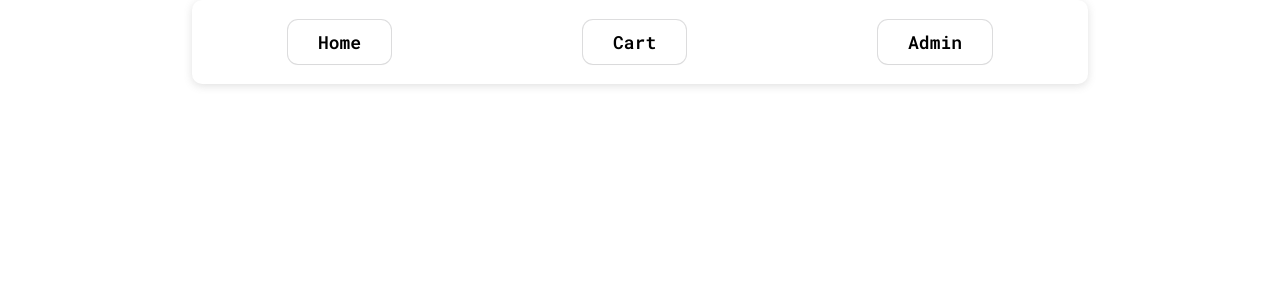
Repository: tuankiet10920/vuejs
Page: /
These files come from the project's save history. The page is drawn as it stood at one moment and after the next save; the edit follows.
The browser window is 1280 px wide. The pictures show the whole page.
The page's requests for data from a server got no answer. The project was rebuilt for these pictures with package versions that can differ from the ones it lists, and the page was loaded fresh each time. No one was signed in, and anything a server would have sent is missing. Also part of the build but not shown: vite.config.js, src/components/button.vue, src/components/helper.js, src/components/product.vue.

Above is the page before, as saved 2024-08-28 21:57:54.

### index.html
<!DOCTYPE html>
<html lang="en">

<head>
  <meta charset="UTF-8">
  <link rel="icon" href="/favicon.ico">
  <meta name="viewport" content="width=device-width, initial-scale=1.0">
  <title>Vite App</title>
  <link rel="stylesheet"
    href="https://fonts.googleapis.com/css2?family=Material+Symbols+Outlined:opsz,wght,FILL,GRAD@24,400,0,0" />
  <link rel="preconnect" href="https://fonts.googleapis.com">
  <link rel="preconnect" href="https://fonts.gstatic.com" crossorigin>
  <link href="https://fonts.googleapis.com/css2?family=Roboto+Mono:ital,wght@0,100..700;1,100..700&display=swap"
    rel="stylesheet">
  <style>
    * {
      margin: 0;
      padding: 0;
      box-sizing: border-box;
      list-style: none;
      text-decoration: none;
      font-family: "Roboto Mono", monospace;
      font-style: normal;
    }

    body {
      width: 100%;
      display: flex;
      justify-content: center;
    }

    #app {
      width: 70%;
    }
  </style>
</head>

<body>
  <div id="app"></div>
  <script type="module" src="/src/main.js"></script>
</body>

</html>

### src/App.vue
<template>

  <!-- header -->
  <Header />

  <!-- pages render here -->
  <RouterView />

</template>
<script>
import { RouterLink, RouterView } from 'vue-router'
import Header from './components/header.vue'
export default {
  components: {
    Header
  }
}

</script>

### src/router/index.js
import { createRouter, createWebHistory } from 'vue-router'

const router = createRouter({
  history: createWebHistory(import.meta.env.BASE_URL),
  routes: [
    {
      path: '/',
      name: 'home',
      component: () => import('../views/HomeView.vue')
    },
    {
      path: '/admin',
      name: 'admin',
      component: () => import('../views/AdminView.vue')
    },
    {
      path: '/cart',
      name: 'cart',
      component: () => import('../views/CartView.vue')
    }
  ]
})

export default router

### src/components/header.vue
<template>
    <div class="header">
        <ul>
            <li>
                <RouterLink to="/">Home</RouterLink>
            </li>
            <li>
                <RouterLink to="/cart">Cart</RouterLink>
            </li>
            <li>
                <RouterLink to="/admin">Admin</RouterLink>
            </li>
        </ul>
    </div>
</template>

<script>
export default {

}
</script>

<style>
.header {
    width: 100%;
    padding: 20px 0px;
    border-radius: 10px;
    box-shadow: rgba(99, 99, 99, 0.2) 0px 2px 8px 0px;
    margin-bottom: 40px;
}

.header ul {
    display: flex;
    justify-content: space-around;
    width: 100%;
}

.header ul li {
    box-shadow: rgba(0, 0, 0, 0.02) 0px 1px 3px 0px, rgba(27, 31, 35, 0.15) 0px 0px 0px 1px;
    padding: 10px 30px;
    border-radius: 10px;
    transition: all .3s ease-in-out;
}

.header ul li a {
    color: #000;
    font-size: 18px;
    font-weight: 600;
}

.header ul li:hover {
    box-shadow: rgba(50, 50, 93, 0.25) 0px 30px 60px -12px inset, rgba(0, 0, 0, 0.3) 0px 18px 36px -18px inset;
    border-radius: 0px;
}

.header ul li:hover a {
    color: #fff;
}
</style>

### src/views/HomeView.vue
<template>
  <!-- products -->
  <Products />
</template>

<script>
import Products from '../components/products.vue'
export default {
  components: {
    Products
  }
}
</script>

### src/components/products.vue
<template>
    <div class="products">
        <Product v-for="element in products" :key="element.id" :id="element.id" :name="element.name"
            :price="element.price" :image="element.image" />
        <!-- <button @click="clickDebug">adas</button> -->
    </div>
</template>

<script>
import Product from './product.vue'
import { getData, add } from '../../public/data/data.js'




export default {
    methods: {
        clickDebug() {
            console.log(this.products);
        }
    },
    components: {
        Product
    },
    data() {
        return {
            products: [],
            something: add()
        }
    },
    mounted() {
        getData()
            .then(products => {
                this.products = products;
            });
    }

}
</script>

<style scoped>
.products {
    width: 100%;
    display: grid;
    grid-template-columns: repeat(auto-fit, minmax(calc(100% / 5), 1fr));
    gap: 20px;
}
</style>

### public/data/data.js
import axios from 'axios'
const getData = async () => {
    try {
        const res = await axios.get(
            'https://66cf2276901aab24842109d3.mockapi.io/api/products/products'
        )
        console.log('getting data successfully!', res.data)
        return res.data
    } catch (error) {
        console.log(error);
    }
}
function add() {
    return 'Hello i am add function'
}
export { getData, add }

Loaded but not shown: src/main.js (common file)

After the next save:
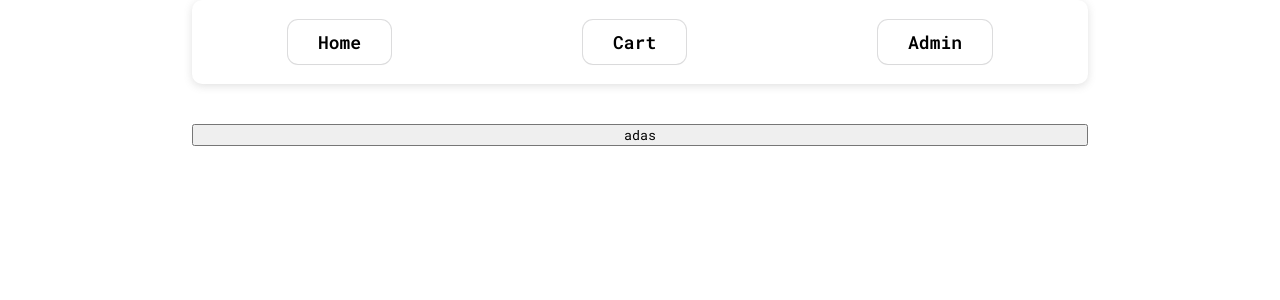
Saved 10 s later.
--- a/src/components/products.vue
+++ b/src/components/products.vue
@@ -2,7 +2,7 @@
     <div class="products">
         <Product v-for="element in products" :key="element.id" :id="element.id" :name="element.name"
             :price="element.price" :image="element.image" />
-        <!-- <button @click="clickDebug">adas</button> -->
+        <button @click="clickDebug">adas</button>
     </div>
 </template>
 
